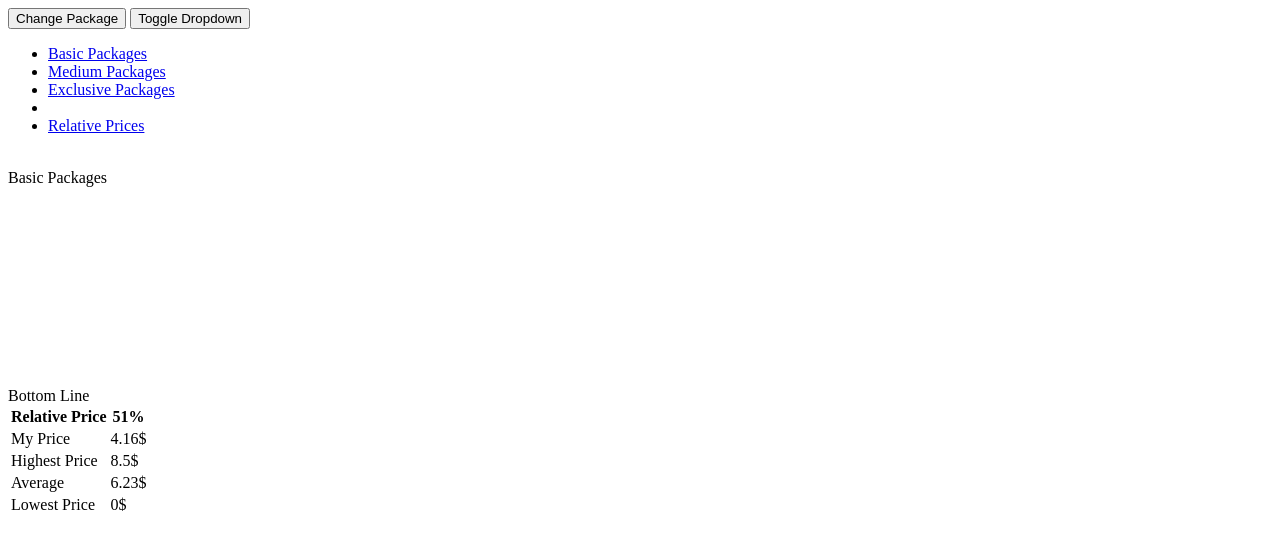
Repository: netaosman/Price-try-course
Page: prixceFrontEnd/src/main/webapp/Prixce_FrontEnd/HTML/Market/pricesPack/MedPackages.html
The author's editor kept a copy of each file at every save. The page is drawn from the files as they stood at one save, then again after the next save.
The browser window is 1280 px wide. The pictures show the whole page.

Above is the page before, as saved 2017-09-24 14:15:35.

### prixceFrontEnd/src/main/webapp/Prixce_FrontEnd/HTML/Market/pricesPack/MedPackages.html
<!--  <p class="sub-header">Exclusive Packages</p>-->

<div class="container-fluid">
	<div class="dropdown">
		<!-- Split button -->
		<div class="btn-group">
			<button type="button" class="btn btn-default">Change Package</button>
			<button type="button" class="btn btn-default dropdown-toggle"
				data-toggle="dropdown" aria-haspopup="true" aria-expanded="false">
				<span class="caret"></span> <span class="sr-only">Toggle
					Dropdown</span>
			</button>
			<ul class="dropdown-menu">
				<li><a href="#/BasicPackages">Basic Packages</a></li>
				<li><a href="#/MedPackages">Medium Packages</a></li>
				<li><a href="#/HighPackages">Exclusive Packages</a></li>
				<li role="separator" class="divider"></li>
				<li><a href="#/RelativePrices">Relative Prices</a></li>
			</ul>
		</div>
	</div>
	<br>
	<div class="row placeholders">
		<div class="col-xs-12 col-md-8" ng-controller="PricesMedCtrl">
			<div class="panel panel-default-1">
				<div class="panel-heading">Basic Packages</div>
				<div class="panel-body">
					<!-- <div class="panel-title">Prices</div> -->
					<canvas id="base" class="chart-horizontal-bar" chart-data="data"
						chart-labels="labels" chart-colors="colors" height="200">
                                </canvas>
				</div>
			</div>
		</div>
		<div class="col-xs-12 col-md-4">
			<div class="panel panel-default-1">
				<div class="panel-heading">Bottom Line</div>
				<div class="panel-body">
					<table class="table">
						<thead>
							<tr>
								<th class="relative">Relative Price</th>
								<th class="relative-price">51%</th>
							</tr>
						</thead>
						<tbody>
							<tr>
								<td class="title-prices"><span
									class="glyphicon glyphicon-hand-right" aria-hidden="true"></span>
									My Price</td>
								<td class="prices">4.16$</td>
							</tr>
							<tr>
								<td class="title-prices"><span
									class="glyphicon glyphicon-hand-up" aria-hidden="true"></span>
									Highest Price</td>
								<td class="prices">8.5$</td>
							</tr>
							<tr>
								<td class="title-prices"><span
									class="glyphicon glyphicon-hand-left" aria-hidden="true"></span>
									Average</td>
								<td class="prices">6.23$</td>
							</tr>
							<tr>
								<td class="title-prices"><span
									class="glyphicon glyphicon-thumbs-down" aria-hidden="true"></span>
									Lowest Price</td>
								<td class="prices">0$</td>
							</tr>
						</tbody>
					</table>
				</div>
			</div>
		</div>
	</div>
</div>

After the next save:
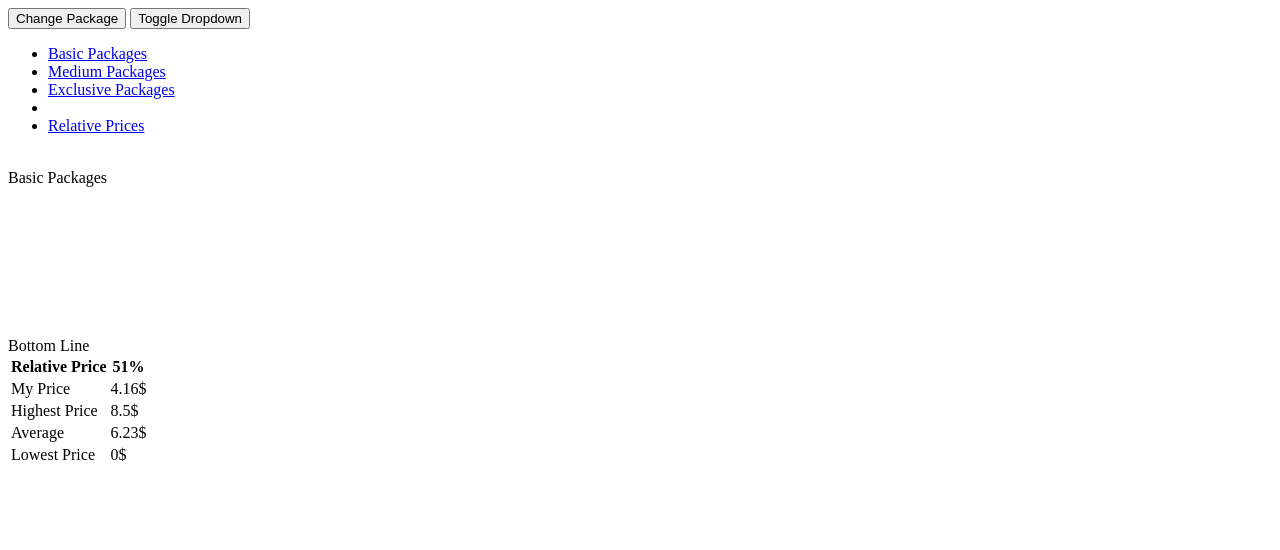
Saved 74 s later.
--- a/prixceFrontEnd/src/main/webapp/Prixce_FrontEnd/HTML/Market/pricesPack/MedPackages.html
+++ b/prixceFrontEnd/src/main/webapp/Prixce_FrontEnd/HTML/Market/pricesPack/MedPackages.html
@@ -26,8 +26,7 @@
 				<div class="panel-heading">Basic Packages</div>
 				<div class="panel-body">
 					<!-- <div class="panel-title">Prices</div> -->
-					<canvas id="base" class="chart-horizontal-bar" chart-data="data"
-						chart-labels="labels" chart-colors="colors" height="200">
+					 <canvas id="base" class="chart-horizontal-bar" chart-data="data" chart-labels="labels" chart-colors="colors">
                                 </canvas>
 				</div>
 			</div>
